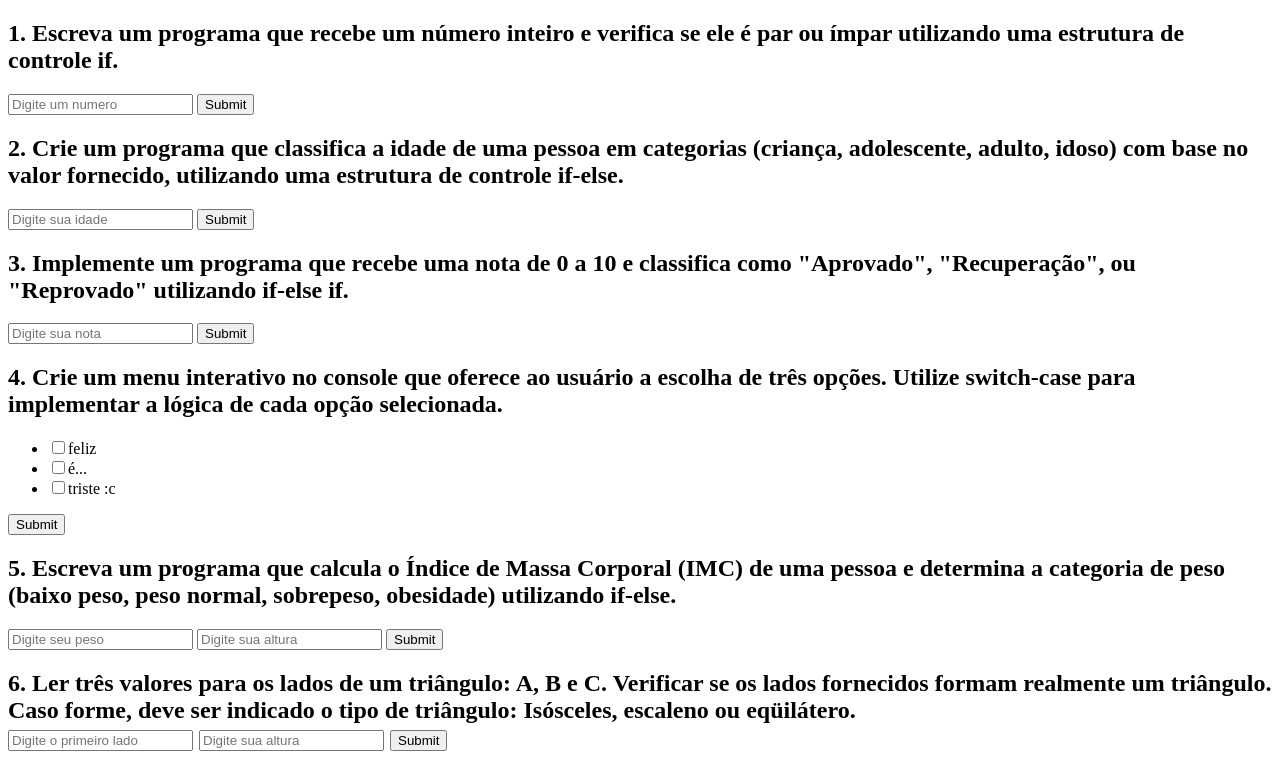
Repository: chidekina/prati-logica
Page: index.html
An editor plug-in stored every save of this project. The page is shown before and after a run of saves, followed by the edit.
The browser window is 1280 px wide. The pictures show the whole page.

Above is the page before, as saved 2025-04-29 15:03:52.

After the next 2 saves:
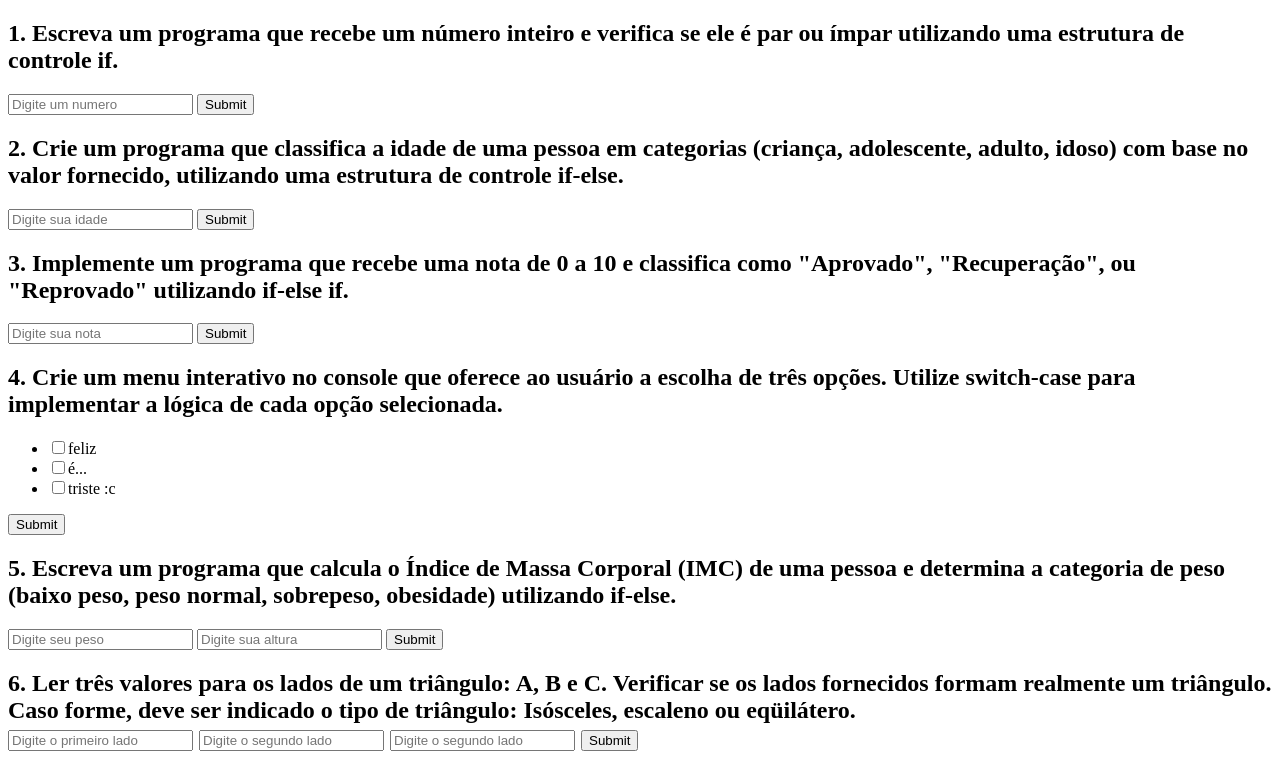
The 2 saves are shown as one change because they came seconds apart.
The last was saved 8 s later.
--- a/index.html
+++ b/index.html
@@ -64,7 +64,8 @@
             Isósceles, escaleno ou eqüilátero.
         <div>
           <input id="ladoA" type="text" placeholder="Digite o primeiro lado" />
-          <input id="ladoB" type="text" placeholder="Digite sua altura" />
+          <input id="ladoB" type="text" placeholder="Digite o segundo lado" />
+          <input id="ladoB" type="text" placeholder="Digite o segundo lado" />
           <input type="submit" onclick="classificacaoIMC()" />
         </div>
         <h3 id="answer5"></h3>
